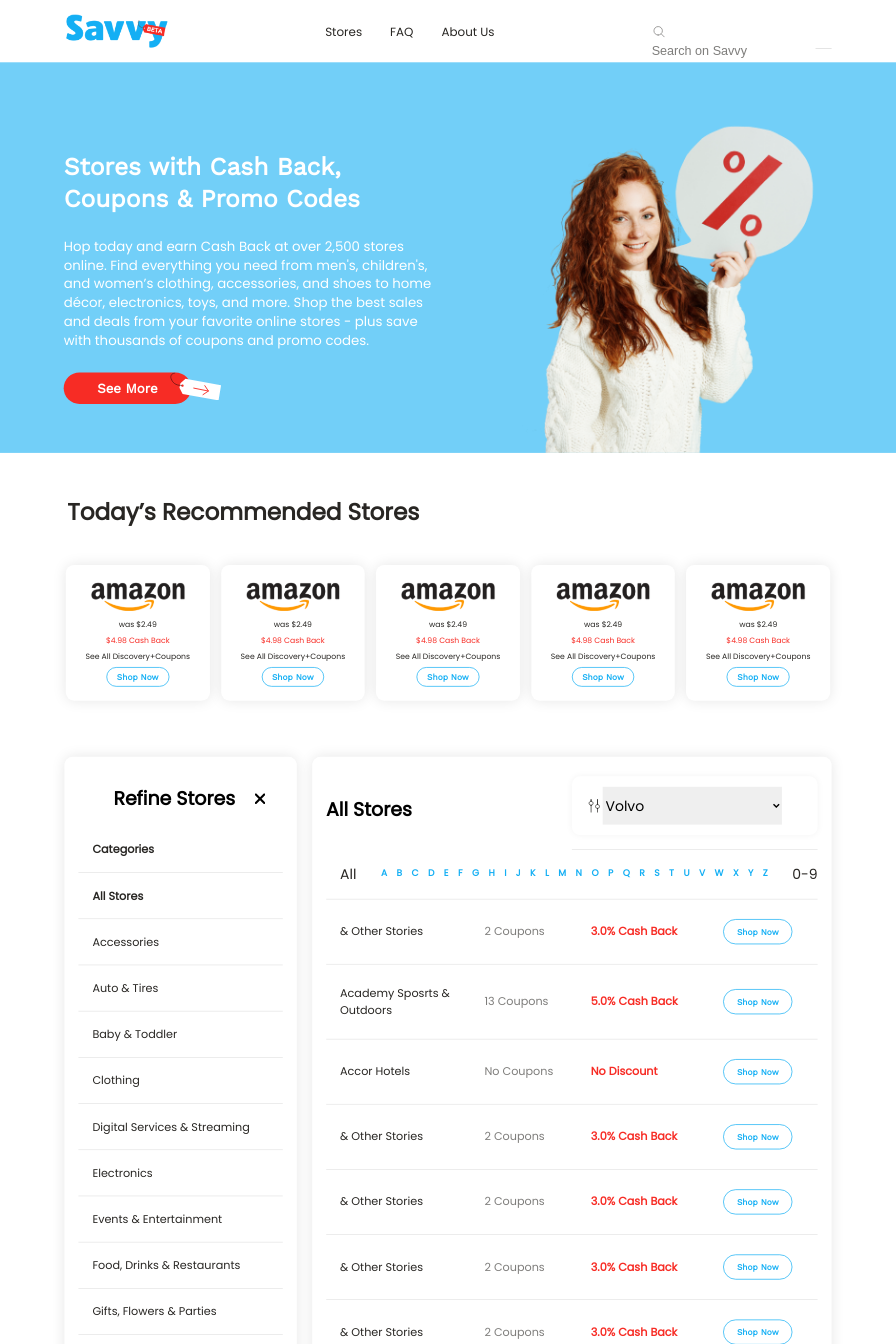
Repository: Gayane07/savvy
Page: index.html
An editor plug-in stored every save of this project. The page is shown before and after the next save, followed by the edit.
The browser window is 1280 px wide. The pictures show the part of the page from y = 0 to 1920 px (the page is 4736 px tall), at 70% of full size.

Above is the page before, as saved 2022-05-31 10:46:39.

### index.html
<!doctype html>
<html lang="en">
<head>
    <meta charset="UTF-8">
    <meta name="viewport"
          content="width=device-width, user-scalable=no, initial-scale=1.0, maximum-scale=1.0, minimum-scale=1.0">
    <meta http-equiv="X-UA-Compatible" content="ie=edge">
    <link rel="stylesheet" href="style.css">
    <title>Document</title>
</head>
<body>
    <div class="container">
      <header>
        <div class="header_top">
           <div class="logo"><a href="index.html"><img src="images/top_logo.png" alt=""></a></div>
           <div class="nav">
              <nav id="nav_header">
                <ul>
                  <li class="nav-li active"><a href="#">Stores</a></li>
                  <li class="nav-li"><a href="#">FAQ</a></li>
                  <li class="nav-li"><a href="#">About Us</a></li>
                </ul>
              </nav>
           </div>
           <div class="search">
              <form action="">
                 <button type="submit"><img src="images/search.svg" alt=""></button></a>
                 <input type="search" placeholder="Search on Savvy">
              </form>
           </div>
           <div class="wrap-nav-burger">
               <div id="nav-burger">
                   <img src="./images/ic-burger.svg" alt="">
               </div>
               <div class="wr-content-burger">
                <nav id="nav_burger">
                    <ul>
                        <li class="nav-li active"><a href="#">Stores</a></li>
                        <li class="nav-li"><a href="#">FAQ</a></li>
                        <li class="nav-li"><a href="#">About Us</a></li>
                    </ul>
                </nav>
                <div class="search">
                    <form action="">
                        <button type="submit"><img src="images/search.svg" alt=""></button></a>
                        <input type="search" placeholder="Search on Savvy">
                    </form>
                </div>
            </div>
           </div>
        </div>
      </header>
    </div>
    <div class="header">
        <div class="header_content">
            <h1>Stores with Cash Back, Coupons & Promo Codes</h1>
            <p> Hop today and earn Cash Back at over 2,500 stores online.
                Find everything you need from men's, children's, and women’s clothing,
                accessories, and shoes to home décor, electronics, toys, and more. Shop the best
                sales and deals from your favorite online stores - plus save with thousands
                of coupons and promo codes.</p>
            <div class="button_section">
                <a href="#"><button>See More</button></a>
                <img src="images/button.svg" alt="">
            </div>
        </div>
        <div class="header_img">
            <img src="images/header_img.png" alt="">
        </div>
    </div>
    <div class="cards_section">
        <h2 class="cards_h2">Today’s Recommended Stores</h2>
        <div class="cards">
            <div class="card">
                <img src="images/amazon.png" alt="">
                <p>was $2.49</p>
                <p class="price">$4.98 Cash Back</p>
                <p>See All Discovery+Coupons</p>
                <a href="#"><button>Shop Now</button></a>
            </div>
            <div class="card">
                <img src="images/amazon.png" alt="">
                <p>was $2.49</p>
                <p class="price">$4.98 Cash Back</p>
                <p>See All Discovery+Coupons</p>
                <a href="#"><button>Shop Now</button></a>
            </div>
            <div class="card">
                <img src="images/amazon.png" alt="">
                <p>was $2.49</p>
                <p class="price">$4.98 Cash Back</p>
                <p>See All Discovery+Coupons</p>
                <a href="#"><button>Shop Now</button></a>
            </div>
            <div class="card">
                <img src="images/amazon.png" alt="">
                <p>was $2.49</p>
                <p class="price">$4.98 Cash Back</p>
                <p>See All Discovery+Coupons</p>
                <a href="#"><button>Shop Now</button></a>
            </div>
            <div class="card">
                <img src="images/amazon.png" alt="">
                <p>was $2.49</p>
                <p class="price">$4.98 Cash Back</p>
                <p>See All Discovery+Coupons</p>
                <a href="#"><button>Shop Now</button></a>
            </div>
        </div>
    </div>
    <div class="stores_section container">
       <div class="left_block">
           <div   id="mySidenav" class="refine_stores  sidenav">
              <div class="wrap-refine-icon">
                <h3>Refine Stores</h3>
               <div class="close" onclick="closeNav(event)">
                    <img src="./images/ic-close.svg" alt="">
                </div>
              </div>
               <ul class="open_refine">
                   <li class="categories"><a href="#">Categories</a></li>
                   <li class="all"><a href="#">All Stores</a></li>
                   <li class="stores_name"><a href="#">Accessories</a></li>
                   <li class="stores_name"><a href="#">Auto & Tires</a></li>
                   <li class="stores_name"><a href="#">Baby & Toddler</a></li>
                   <li class="stores_name"><a href="#">Clothing</a></li>
                   <li class="stores_name"><a href="#">Digital Services & Streaming</a></li>
                   <li class="stores_name"><a href="#">Electronics</a></li>
                   <li class="stores_name"><a href="#">Events & Entertainment</a></li>
                   <li class="stores_name"><a href="#">Food, Drinks & Restaurants</a></li>
                   <li class="stores_name"><a href="#">Gifts, Flowers & Parties</a></li>
                   <li class="stores_name"><a href="#">Health & Beauty</a></li>
                   <li class="stores_name"><a href="#">Home & Garden</a></li>
                   <li class="stores_name"><a href="#">Office Supplies</a></li>
                   <li class="stores_name"><a href="#">Pets</a></li>
                   <li class="stores_name"><a href="#">Shoes</a></li>
                   <li class="stores_name"><a href="#">Sports, Outdoors & Fitness</a></li>
                   <li class="stores_name"><a href="#">Subscription Boxes & Services</a></li>
                   <li class="stores_name"><a href="#">Toys & Games</a></li>
                   <li class="stores_name"><a href="#">Travel & Vacations</a></li>
               </ul>
           </div>

           <div class="left_block_1">
               <div class="left_block_card ">
                   <img src="images/golden_hour.png" alt="">
                   <h4>Allsaints</h4>
                   <p> Shop with 2.0% Cash Back See
                       All Coupons, Deals & Cashback</p>
               </div>
               <div class="left_block_card ">
                   <img src="images/golden_hour.png" alt="">
                   <h4>Allsaints</h4>
                   <p> Shop with 2.0% Cash Back See
                       All Coupons, Deals & Cashback</p>
               </div>
           </div>
           <div class="left_block_2">
               <div class="left_block_card ">
                   <img src="images/golden_hour.png" alt="">
                   <h4>Allsaints</h4>
                   <p> Shop with 2.0% Cash Back See
                       All Coupons, Deals & Cashback</p>
               </div>
               <div class="left_block_card  last_card">
                   <div class="card_header">
                       <h3>Double Cash Back Stores</h3>
                       <p>See All</p>
                   </div>
                   <div class="images">
                       <div class="top_block">
                           <img src="images/image_1.png" alt="">
                           <img src="images/image_2.png" alt="">
                           <img src="images/image_3.png" alt="">
                       </div>
                       <div class="middle_block">
                           <img src="images/image_1.png" alt="">
                           <img src="images/image_2.png" alt="">
                           <img src="images/image_3.png" alt="">
                       </div>
                       <div class="bottom_block">
                           <img src="images/image_1.png" alt="">
                           <img src="images/image_2.png" alt="">
                           <img src="images/image_3.png" alt="">
                       </div>
                   </div>
               </div>
           </div>
       </div>
       <div class="right_block">
            <div class="wr-nav-stores">
                <div class="wr-burger-stores">
                        <span class="open_burger" onclick="openNav()">
                            <img src="./images/ic-burger.svg" alt="">
                        </span>
                        <h3>All Stores</h3>
                    </div>
                <div class="all_stores">
                    <div class="select">
                        <img src="images/sort_filter.svg" alt="">
                        <select id="sort">
                            <option value="volvo">Volvo</option>
                            <option value="saab">Saab</option>
                            <option value="opel">Opel</option>
                            <option value="audi">Audi</option>
                        </select>
                    </div>
                </div>
            </div>
           <div class="filter">
                 <span>All</span>
               <ul id="letter-main"></ul>
               <div>
                   <span>0-9</span>
               </div>
           </div>
           <div class="stores">
               <div class="first_col"><span>& Other Stories</span></div>
               <div class="second_col"><span>2 Coupons</span></div>
               <div class="third_col"><span>3.0% Cash Back</span></div>
               <div class="fourth_col"><a href="#"><button>Shop Now</button></a></div>
           </div>
           <div class="stores">
               <div class="first_col"><span>Academy Sposrts & Outdoors</span></div>
               <div class="second_col"><span>13 Coupons</span></div>
               <div class="third_col"><span>5.0% Cash Back</span></div>
               <div class="fourth_col"><a href="#"><button>Shop Now</button></a></div>
           </div>
           <div class="stores">
               <div class="first_col"><span>Accor Hotels</span></div>
               <div class="second_col"><span>No Coupons</span></div>
               <div class="third_col"><span>No Discount</span></div>
               <div class="fourth_col"><a href="#"><button>Shop Now</button></a></div>
           </div>
           <div class="stores">
               <div class="first_col"><span>& Other Stories</span></div>
               <div class="second_col"><span>2 Coupons</span></div>
               <div class="third_col"><span>3.0% Cash Back</span></div>
               <div class="fourth_col"><a href="#"><button>Shop Now</button></a></div>
           </div>
           <div class="stores">
               <div class="first_col"><span>& Other Stories</span></div>
               <div class="second_col"><span>2 Coupons</span></div>
               <div class="third_col"><span>3.0% Cash Back</span></div>
               <div class="fourth_col"><a href="#"><button>Shop Now</button></a></div>
           </div>
           <div class="stores">
               <div class="first_col"><span>& Other Stories</span></div>
               <div class="second_col"><span>2 Coupons</span></div>
               <div class="third_col"><span>3.0% Cash Back</span></div>
               <div class="fourth_col"><a href="#"><button>Shop Now</button></a></div>
           </div>
           <div class="stores">
               <div class="first_col"><span>& Other Stories</span></div>
               <div class="second_col"><span>2 Coupons</span></div>
               <div class="third_col"><span>3.0% Cash Back</span></div>
               <div class="fourth_col"><a href="#"><button>Shop Now</button></a></div>
           </div>
           <div class="stores">
               <div class="first_col"><span>& Other Stories</span></div>
               <div class="second_col"><span>2 Coupons</span></div>
               <div class="third_col"><span>3.0% Cash Back</span></div>
               <div class="fourth_col"><a href="#"><button>Shop Now</button></a></div>
           </div>
           <div class="stores">
               <div class="first_col"><span>& Other Stories</span></div>
               <div class="second_col"><span>2 Coupons</span></div>
               <div class="third_col"><span>3.0% Cash Back</span></div>
               <div class="fourth_col"><a href="#"><button>Shop Now</button></a></div>
           </div>
           <div class="stores">
               <div class="first_col"><span>& Other Stories</span></div>
               <div class="second_col"><span>2 Coupons</span></div>
               <div class="third_col"><span>3.0% Cash Back</span></div>
               <div class="fourth_col"><a href="#"><button>Shop Now</button></a></div>
           </div>
           <div class="stores">
               <div class="first_col"><span>& Other Stories</span></div>
               <div class="second_col"><span>2 Coupons</span></div>
               <div class="third_col"><span>3.0% Cash Back</span></div>
               <div class="fourth_col"><a href="#"><button>Shop Now</button></a></div>
           </div>
           <div class="stores">
               <div class="first_col"><span>& Other Stories</span></div>
               <div class="second_col"><span>2 Coupons</span></div>
               <div class="third_col"><span>3.0% Cash Back</span></div>
               <div class="fourth_col"><a href="#"><button>Shop Now</button></a></div>
           </div>
           <div class="stores">
               <div class="first_col"><span>& Other Stories</span></div>
               <div class="second_col"><span>2 Coupons</span></div>
               <div class="third_col"><span>3.0% Cash Back</span></div>
               <div class="fourth_col"><a href="#"><button>Shop Now</button></a></div>
           </div>
           <div class="stores">
               <div class="first_col"><span>& Other Stories</span></div>
               <div class="second_col"><span>2 Coupons</span></div>
               <div class="third_col"><span>3.0% Cash Back</span></div>
               <div class="fourth_col"><a href="#"><button>Shop Now</button></a></div>
           </div>



       </div>
    </div>
    <div class="container">
        <footer>
            <div  class="left_content">
                <img src="images/footer_logo.png" alt="">
                <p>Your #1 shopping companion, saving you time & money
                    on the items you already buy online. Earn cash back,
                    apply discounts, and win prizes!
                </p>
            </div>
            <div class="right_content">
                <div>
                    <h4>LEGAL</h4>
                    <ul>
                        <li><a href="">EULA</a></li>
                        <li><a href="">Privacy Policy</a></li>
                        <li><a href="">Terms of Use</a></li>
                    </ul>
                </div>
                <div>
                    <h4>SAVVY</h4>
                    <ul>
                        <li><a href="">About Us</a></li>
                        <li><a href="">Browse Stores</a></li>
                    </ul>
                </div>
                <div>
                    <h4>SUPPORT</h4>
                    <ul>
                        <li><a href="">FAQs</a></li>
                        <li><a href="">Contact Us</a></li>
                    </ul>
                </div>
            </div>

        </footer>
    </div>
    <div class="footer_bottom">
        <p>© Savvy 2018 - 2022</p>
    </div>
    <script>
        const nav_burger = document.getElementById('nav-burger')
        const wr_content_burger = document.getElementById('wr-content-burger')


        for (i = 0; i < 26; i++) {
            var li = document.createElement("li");
            li.innerHTML = (i+10).toString(36) + " ";
            li.style.listStyle = "none";
            li.style.display = "inline";
            document.getElementById("letter-main").appendChild(li);
        }

        nav_burger.addEventListener('click',toggleBurgermenu)


        function toggleBurgermenu(){
            wr_content_burger.classList.toggle('d_block')
            console.log("fdlhvlsdk");
        }

        function openNav() {
            document.getElementById("mySidenav").style.width = "100%";

        }

        function closeNav(event) {
            document.getElementById("mySidenav").style.width = "0";
        }

    </script>
</body>


</html>

Loaded but not shown: style.css (914 lines, source omitted)

After the next save:
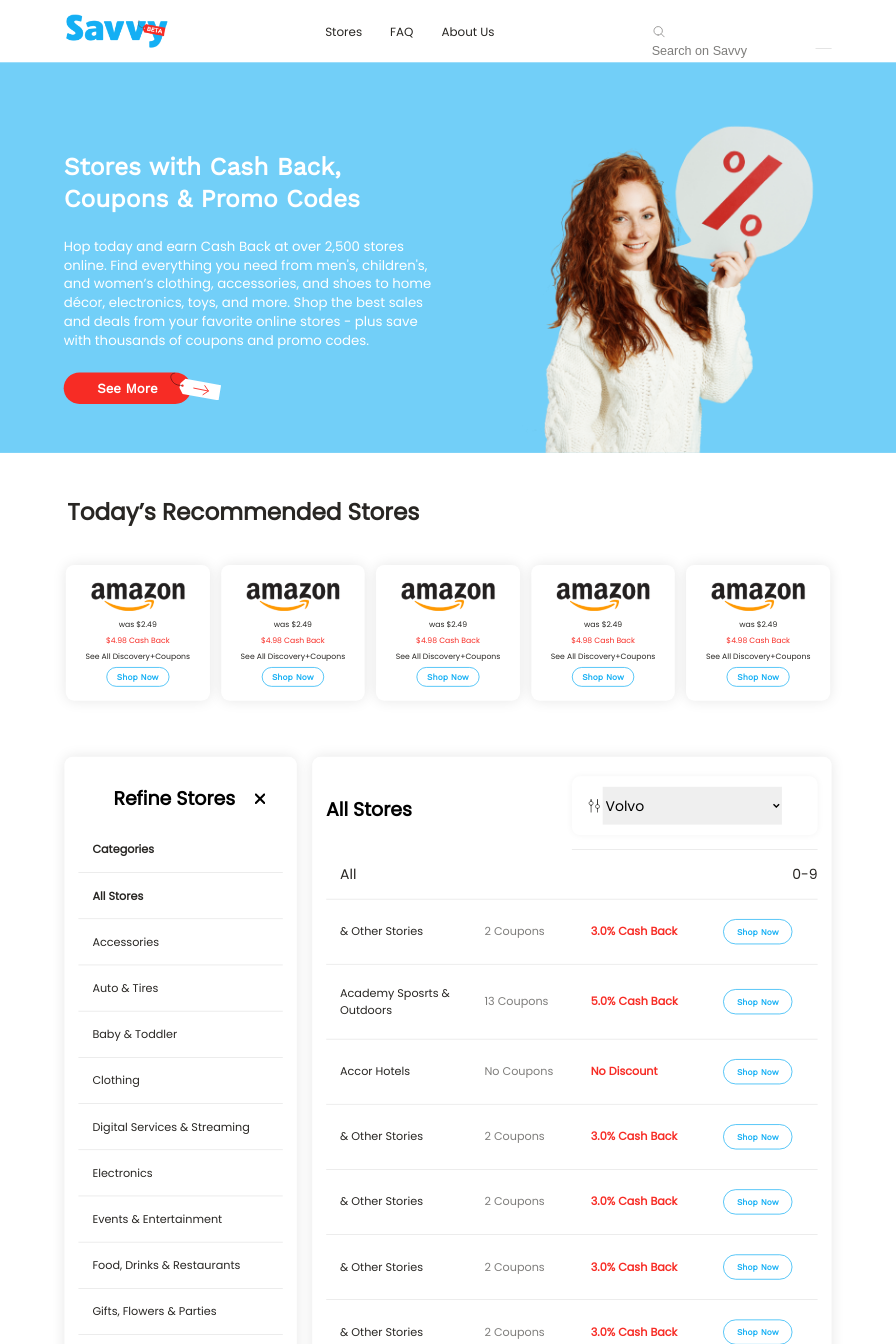
Console error: SyntaxError: Unexpected token '('
Saved 12 s later.
--- a/index.html
+++ b/index.html
@@ -344,7 +344,7 @@
     </div>
     <script>
         const nav_burger = document.getElementById('nav-burger')
-        const wr_content_burger = document.getElementById('wr-content-burger')
+        const wr_content_burger = document.('wr-content-burger')
 
 
         for (i = 0; i < 26; i++) {

After the 2 saves that followed:
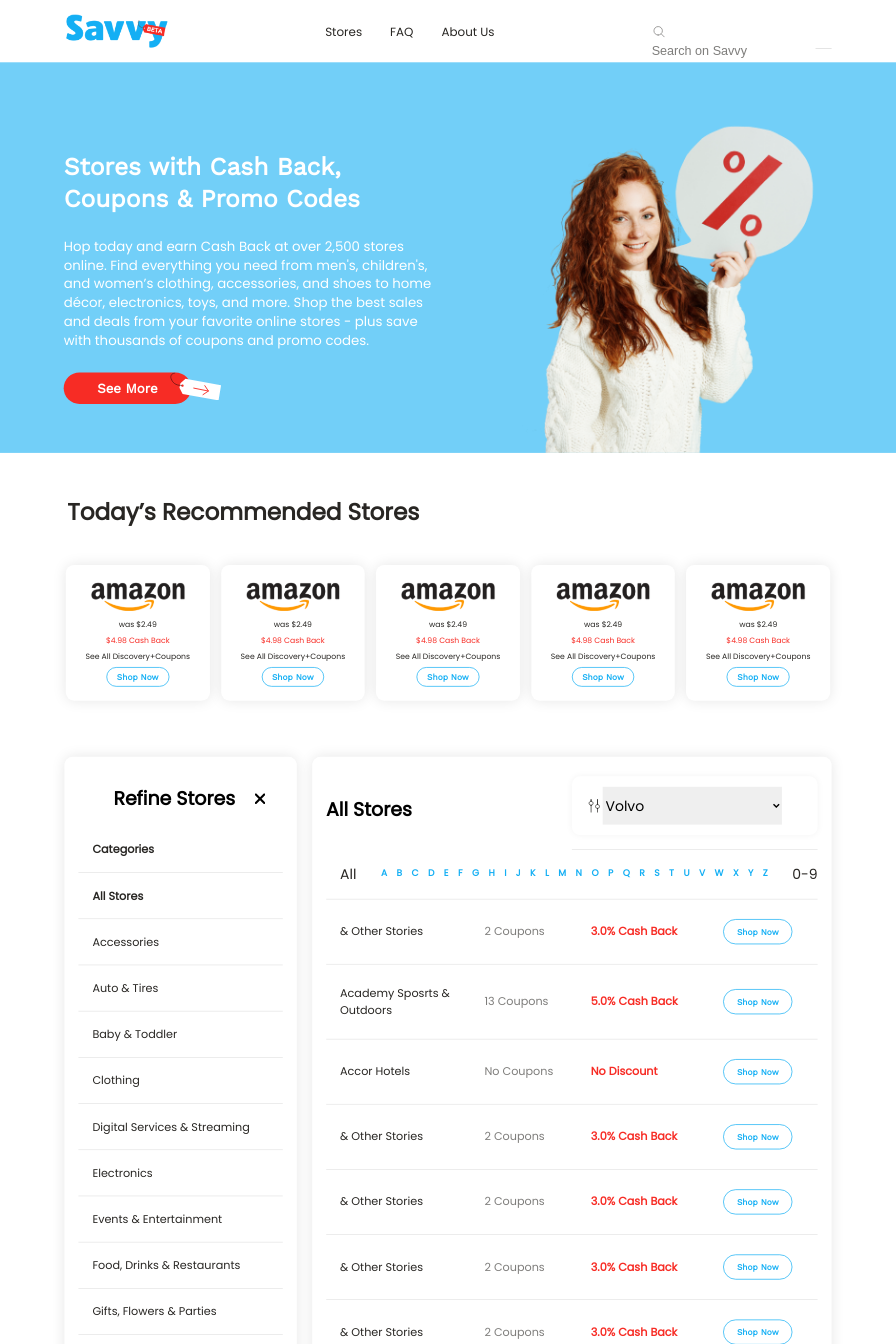
The error is gone.
The 2 saves are shown as one change because 1 left the picture as it was.
The last was saved 30 s later.
--- a/index.html
+++ b/index.html
@@ -344,7 +344,7 @@
     </div>
     <script>
         const nav_burger = document.getElementById('nav-burger')
-        const wr_content_burger = document.('wr-content-burger')
+        const wr_content_burger = document.getElementsByClassName('wr-content-burger')
 
 
         for (i = 0; i < 26; i++) {
